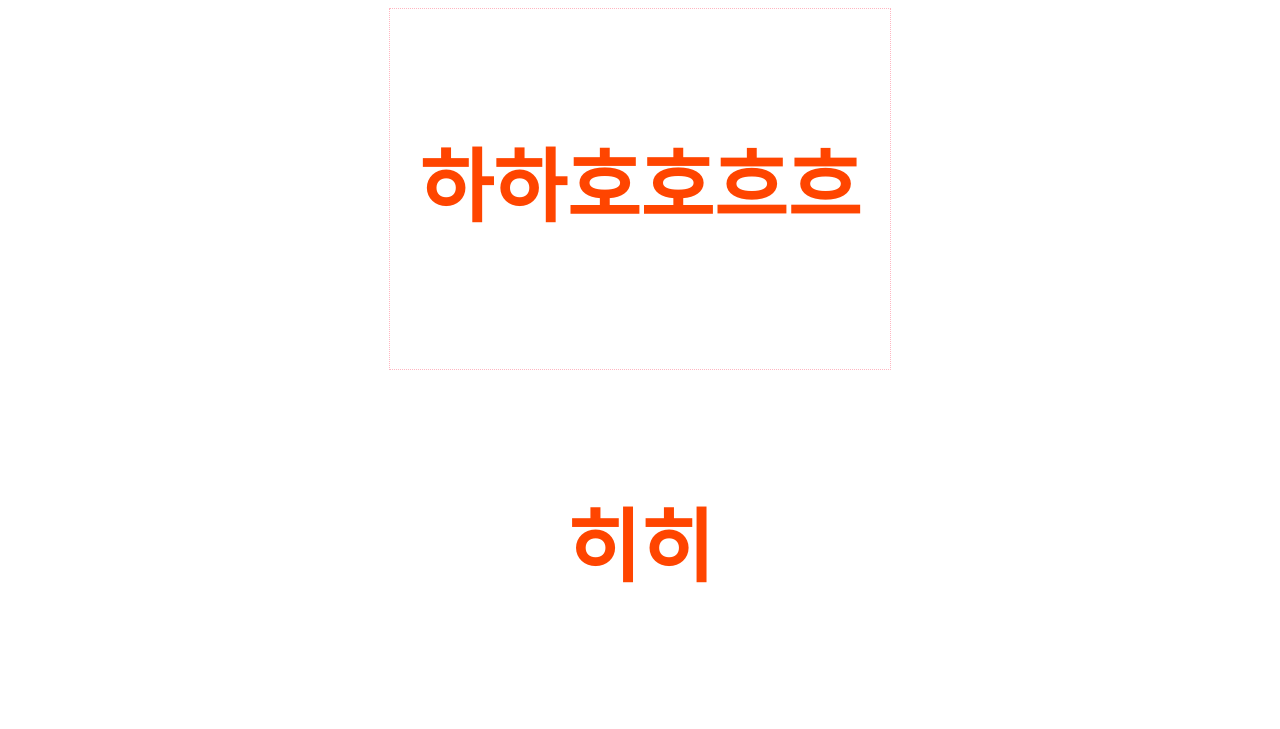
Repository: whgdkfk/web-workspace
Page: BurgerKingProject/src/main/webapp/index.html
These files come from the project's save history. The page is drawn as it stood at one moment and after the next save; the edit follows.
The browser window is 1280 px wide. The pictures show the whole page.

Above is the page before, as saved 2025-03-07 05:27:39.

### BurgerKingProject/src/main/webapp/index.html
<!DOCTYPE html>
<html>
<head>
<meta charset="UTF-8">
<title>Insert title here</title>
<style>
	h1 {
		color: orangered;
		text-align: center;
		font-size: 80px;
		width: 500px;
		height: 360px;
		border: 1px dotted lightpink;
		margin: auto;
		line-height: 360px;
	}
</style>
</head>
<body>
	<h1>하하호호흐흐히히</h1>
</body>
</html>

After the next save:
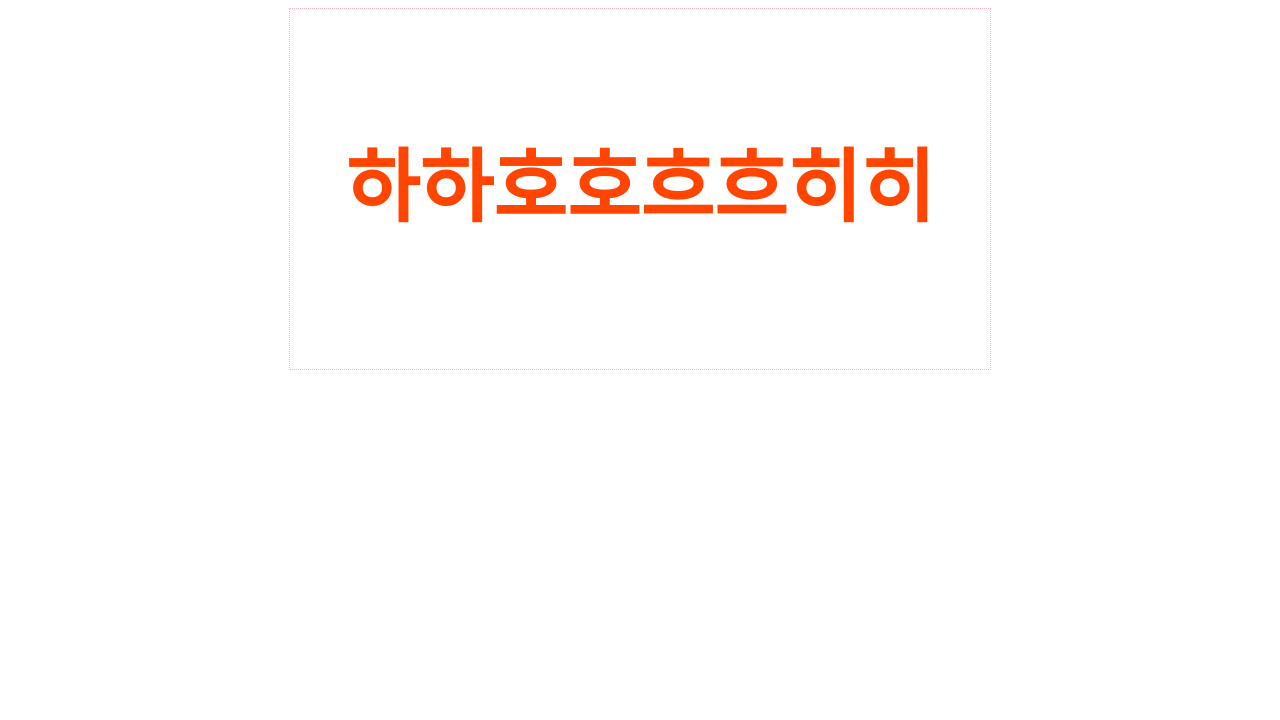
Saved 19 s later.
--- a/BurgerKingProject/src/main/webapp/index.html
+++ b/BurgerKingProject/src/main/webapp/index.html
@@ -8,7 +8,7 @@
 		color: orangered;
 		text-align: center;
 		font-size: 80px;
-		width: 500px;
+		width: 700px;
 		height: 360px;
 		border: 1px dotted lightpink;
 		margin: auto;
